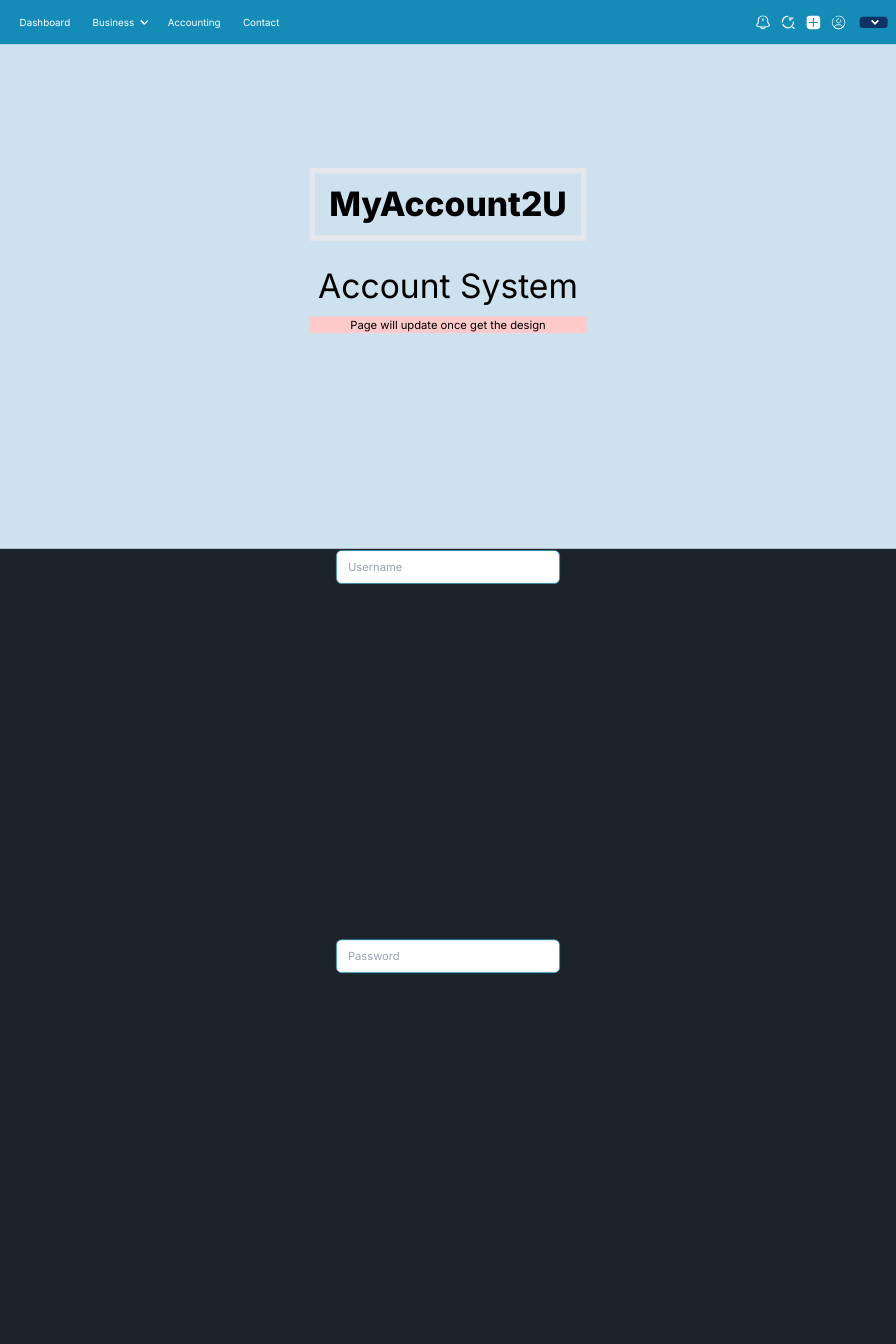
Repository: khairul35/homa-FE
Page: /login
The author's editor kept a copy of each file at every save. The page is drawn from the files as they stood at one save, then again after the next save.
The browser window is 1280 px wide. The pictures show the part of the page from y = 0 to 1920 px (the page is 2828 px tall before and 784 px after), at 70% of full size.
The project was rebuilt for these pictures with package versions that can differ from the ones it lists, and the page was loaded fresh each time. The framework's server and built-in components were replaced by stand-ins that run in the browser. Also part of the build but not shown: next.config.js.

Above is the page before, as saved 2023-12-26 22:06:28.

### app/layout.tsx
import type { Metadata } from 'next'
import { Inter } from 'next/font/google'
import Header from './components/layout/Header';
import './globals.css'

const inter = Inter({ subsets: ['latin'] })

export const metadata: Metadata = {
  title: 'MyAccount2U',
  description: 'Accounting System',
}

export default function RootLayout({
  children,
}: {
  children: React.ReactNode
}) {
  return (
    <html lang="en">
      <body className={inter.className}>
        <div className='flex flex-col h-screen'>
          <Header />
          {children}
        </div>
      </body>
    </html>
  )
}

### app/login/page.tsx
'use client';
import { useState } from "react";
import authApi from '@/api/auth';
import { useRouter } from 'next/navigation';

const Login = () => {
    const router = useRouter();
    const [username, setUsername] = useState('');
    const [password, setPassword] = useState('');
    const [error, setError] = useState('');

    if (localStorage.getItem('isLogin') == 'true') {
        router.push('/dashboard');
    }

    const login = async () => {
        /** validate credential of user */
        if (!username && !password) {
            setError('Username and Password is required');
            return;
        } else if (username.length <= 0 && password.length <= 0) {
            setError('Username and Password is required');
            return;
        } else if (username.length <= 0) {
            setError('Username is required');
            return;
        } else if (password.length <= 0) {
            setError('Password is required');
            return;
        } else {
            setError('');
        }

        /** call request to API */
        await authApi.login(username, password)
            .then(({ data }) => {
                localStorage.setItem('accessToken', data.accessToken);
                localStorage.setItem('refreshToken', data.refreshToken);
                localStorage.setItem('isLogin', 'true');
                router.push('/dashboard');
            })
            .catch((err) => {
                setError(err.message || 'Issues with Log In your account, Please contact customer support!')
            });
    };

    const LoginError = (props: any) => {
        return (
            <div className="alert alert-error">
                <svg xmlns="http://www.w3.org/2000/svg" className="stroke-current shrink-0 h-6 w-6" fill="none" viewBox="0 0 24 24"><path strokeLinecap="round" strokeLinejoin="round" strokeWidth="2" d="M10 14l2-2m0 0l2-2m-2 2l-2-2m2 2l2 2m7-2a9 9 0 11-18 0 9 9 0 0118 0z" /></svg>
                <span>{error}</span>
            </div>
        )
    }

    return (
        <main className="flex min-h-screen flex-col items-center justify-between p-24 bg-bg-color">
            <div>
                <div>
                <h1 className="text-5xl font-extrabold border-8 p-5 text-center items-center mb-10 mt-20">MyAccount2U</h1>
                </div>
                <h1 className="text-5xl text-center items-center">Account System</h1>
                <p className="text-center items-center bg-red-200 mt-5">Page will update once get the design</p>
                <div className="flex items-center justify-center h-full pt-20">
                    <input
                        type="text"
                        placeholder="Username"
                        className="input input-bordered input-primary w-full max-w-xs bg-white"
                        onChange={(e) => setUsername(e.target.value)}
                    />
                </div>
                <div className="flex items-center justify-center h-full pt-4">
                    <input
                        type="password"
                        placeholder="Password"
                        className="input input-bordered input-primary w-full max-w-xs bg-white"
                        onChange={(e) => setPassword(e.target.value)}
                    />
                </div>
                <div className="flex items-center justify-center h-full pt-4">
                    <button
                        className="btn btn-primary w-full max-w-xs"
                        onClick={login}
                    >
                        Login
                    </button>
                </div>
                <div className="flex items-center justify-center h-full pt-4">
                    {error && <LoginError />}
                </div>
            </div>
        </main>
    )
};

export default Login;

### app/components/layout/Header.tsx
'use client';

import Link from "next/link";
import BusinessMenu from "./header/BusinessMenu";
import CompanyMenu from "./header/CompanyMenu";
import OrganizationRepository from '@/api/organization';
import { useState, useEffect } from "react";
import { Organization } from "./props";

const Header = () => {
    const [organization, setOrganization] = useState<Partial<Organization>>({});
    const [organizations, setOrganizations] = useState<Organization[]>([]);

    const findMyOrganization = async () => {
        const { data } = await OrganizationRepository.findMyOrganization();
        setOrganization(data);
    };

    const findMyOrganizations = async () => {
        const { data } = await OrganizationRepository.findMyOrganizations();
        setOrganizations(data);
    };

    useEffect(() => {
        if (localStorage.getItem('isLogin') == 'true') {
            findMyOrganization();
            findMyOrganizations();
        }
    }, []);

    return (
        <div
            className="navbar border-b shadow-black-200"
            style={{ backgroundColor: "#158BB8", color: "#fff" }}
        >
            <div className="navbar-start">
                <div className="dropdown">
                    <label tabIndex={0} className="btn -btn-ghost lg:hidden">
                        <svg
                            xmlns="http:www.w3.org/2000/svg"
                            className="h-5 2-5"
                            fill="none"
                            viewBox="0 0 24 24"
                            stroke="currentColor"
                        >
                            <path
                                strokeLinecap="round"
                                strokeLinejoin="round"
                                strokeWidth="2"
                                d="M4 6h16M4 12h8m-8 6h16"
                            />
                        </svg>
                    </label>
                    <ul
                        tabIndex={0}
                        className="menu menu-sm dropdown-content mt-3 z-[1] p-2 shadow bg-base-100 rounded-box w-52">
                        <li>
                            <Link href="/dashboard">Dashboard</Link>
                        </li>
                        <li>
                            <a>Parent</a>
                            <ul className="p-2">
                                <li><a>Submenu 1</a></li>
                                <li><a>Submenu 2</a></li>
                            </ul>
                        </li>
                        <li>
                            <a>Item 3</a>
                        </li>
                    </ul>
                </div>
                <div className="navbar-center hidden lg:flex">
                    <ul className="menu menu-horizontal px-1">
                        <li>
                            <Link href="/dashboard">Dashboard</Link>
                        </li>
                        <li tabIndex={0} style={{ zIndex: 2 }}>
                            <details>
                                <summary>Business</summary>
                                <BusinessMenu />
                            </details>
                        </li>
                        <li>
                            <Link href="/accounting">Accounting</Link>
                        </li>
                        <li><a>Contact</a></li>
                    </ul>
                </div>
            </div>
            <div className="navbar-end">
                <a className="mr-4">
                    <svg xmlns="http://www.w3.org/2000/svg" width="20" height="20" viewBox="0 0 33 34" fill="none">
                        <path d="M16.497 14.3524C15.7961 14.3524 15.2148 13.8266 15.2148 13.1925V8.04214C15.2148 7.40801 15.7961 6.88214 16.497 6.88214C17.1978 6.88214 17.7791 7.40801 17.7791 8.04214V13.1925C17.7791 13.8421 17.1978 14.3524 16.497 14.3524Z" fill="white"/>
                        <path d="M16.5295 29.5566C12.119 29.5566 7.72562 28.9225 3.53739 27.6542C1.98177 27.1902 0.802227 26.1849 0.289383 24.9167C-0.223461 23.6484 -0.0525134 22.1945 0.785132 20.9263L2.95617 17.6473C3.43483 16.9204 3.86219 15.5594 3.86219 14.7087V11.4608C3.86219 5.13491 9.53767 0 16.5295 0C23.5213 0 29.1967 5.13491 29.1967 11.4608V14.7087C29.1967 15.5439 29.6241 16.9204 30.1028 17.6473L32.2738 20.9263C33.0773 22.1327 33.214 23.5711 32.6841 24.8857C32.1541 26.2004 30.9917 27.2057 29.5215 27.6542C25.3333 28.938 20.9399 29.5566 16.5295 29.5566ZM16.5295 2.33546C10.9565 2.33546 6.42641 6.43411 6.42641 11.4762V14.7242C6.42641 15.977 5.87938 17.7865 5.1614 18.8537L2.99036 22.1481C2.5459 22.8132 2.44333 23.5247 2.69975 24.1433C2.95617 24.762 3.53739 25.226 4.35794 25.4734C12.2215 27.8398 20.8716 27.8398 28.7352 25.4734C29.4703 25.2569 30.0344 24.762 30.2908 24.1124C30.5643 23.4628 30.4788 22.7513 30.0857 22.1481L27.9146 18.8692C27.1966 17.802 26.6496 15.9924 26.6496 14.7396V11.4917C26.6325 6.43411 22.1024 2.33546 16.5295 2.33546Z" fill="white"/>
                        <path d="M16.4942 33.5C14.665 33.5 12.8701 32.8195 11.5709 31.644C10.2717 30.4686 9.51953 28.8446 9.51953 27.1896H12.0838C12.0838 28.2414 12.5624 29.2622 13.3829 30.0046C14.2035 30.747 15.3317 31.18 16.4942 31.18C18.9216 31.18 20.9046 29.3859 20.9046 27.1896H23.4689C23.4689 30.6696 20.3405 33.5 16.4942 33.5Z" fill="white"/>
                    </svg>
                </a>
                <a className="mr-4">
                    <svg xmlns="http://www.w3.org/2000/svg" width="20" height="20" viewBox="0 0 34 36" fill="none">
                        <path d="M2 16.9625C2 8.69375 8.375 2 16.25 2" stroke="white" strokeWidth="3.17336" strokeLinecap="round" strokeLinejoin="round"/>
                        <path d="M30.502 16.9625C30.502 25.2312 24.127 31.925 16.252 31.925C10.642 31.925 5.78203 28.523 3.45703 23.5617" stroke="white" strokeWidth="3.17336" strokeLinecap="round" strokeLinejoin="round"/>
                        <path d="M20 6.72504H29" stroke="white" strokeWidth="3.17336" strokeLinecap="round" strokeLinejoin="round"/>
                        <path d="M20 11.45H24.5" stroke="white" strokeWidth="3.17336" strokeLinecap="round" strokeLinejoin="round"/>
                        <path d="M32 33.5L29 30.35" stroke="white" strokeWidth="3.17336" strokeLinecap="round" strokeLinejoin="round"/>
                    </svg>
                </a>
                <a className="mr-4">
                    <svg xmlns="http://www.w3.org/2000/svg" width="20" height="20" viewBox="0 0 34 34" fill="none">
                        <path d="M24.135 0H9.88192C3.69084 0 0 3.689 0 9.877V24.106C0 30.311 3.69084 34 9.88192 34H24.118C30.3091 34 33.9999 30.311 33.9999 24.123V9.877C34.0169 3.689 30.3261 0 24.135 0ZM27.2136 18.275H18.2841V27.2C18.2841 27.897 17.7058 28.475 17.0085 28.475C16.3111 28.475 15.7328 27.897 15.7328 27.2V18.275H6.80339C6.10604 18.275 5.52775 17.697 5.52775 17C5.52775 16.303 6.10604 15.725 6.80339 15.725H15.7328V6.8C15.7328 6.103 16.3111 5.525 17.0085 5.525C17.7058 5.525 18.2841 6.103 18.2841 6.8V15.725H27.2136C27.9109 15.725 28.4892 16.303 28.4892 17C28.4892 17.697 27.9109 18.275 27.2136 18.275Z" fill="white"/>
                    </svg>
                </a>
                <a className="mr-4">
                    <svg xmlns="http://www.w3.org/2000/svg" width="20" height="20" viewBox="0 0 49 50" fill="none">
                        <path d="M31.1171 15.8919C31.6121 16.9039 31.9046 18.0539 31.9046 19.2729C31.8821 23.3439 28.7546 26.6789 24.7946 26.7939C24.6371 26.7709 24.4346 26.7709 24.2546 26.7939C20.2946 26.6559 17.1445 23.3439 17.1445 19.2729C17.1445 15.1099 20.4296 11.7289 24.5246 11.7289" stroke="white" strokeWidth="3" strokeLinecap="round" strokeLinejoin="round"/>
                        <path d="M39.666 41.974C35.661 45.7229 30.351 47.9999 24.501 47.9999C18.6509 47.9999 13.3409 45.7229 9.33594 41.974C9.56094 39.812 10.9109 37.696 13.3184 36.04C19.4834 31.854 29.5635 31.854 35.6835 36.04C38.091 37.696 39.441 39.812 39.666 41.974Z" stroke="white" strokeWidth="3" strokeLinecap="round" strokeLinejoin="round"/>
                        <path d="M6.5 11.2C3.6875 15.0409 2 19.8249 2 24.9999C2 37.6958 12.08 47.9998 24.5 47.9998C36.92 47.9998 47 37.6958 47 24.9999C47 12.3039 36.92 2 24.5 2C21.2825 2 18.2 2.69 15.4325 3.95499" stroke="white" strokeWidth="3" strokeLinecap="round" strokeLinejoin="round"/>
                    </svg>
                </a>
                    <ul className="menu menu-horizontal px-1">
                        <li tabIndex={0} style={{ borderRadius: '5px', background: '#0E3265', zIndex: 2 }}>
                            <details>
                                <summary>
                                    {organization.name}
                                </summary>
                                <CompanyMenu />
                            </details>
                        </li>
                    </ul>
            </div>
        </div>
    )
};

export default Header;

### api/auth.ts
import repository from "./repository";

const resource = "/api/auth";

const api = {
    login(username: string, password: string) {
        return repository.post(
            `${resource}/login`,
            { username, password },
        );
    },
    refreshToken() {
        return repository.post(
            `${resource}/refreshToken`,
            { refreshToken: localStorage.getItem('refreshToken') },
        );
    },
    logout() {
        return repository.post(`${resource}/logout`);
    },
    logoutAllDevice() {
        return repository.post(`${resource}/logout/all-device`);
    },
};

export default api;

### app/components/layout/header/BusinessMenu.tsx
'use client';

const BusinessMenu = () => {
    return (
        <>
            <ul className="p-2 bg-white" style={{ color: "#000", width: "250px" }}>
                <li>
                    <a>
                        <svg xmlns="http://www.w3.org/2000/svg" width="20" height="20" viewBox="0 0 46 46" fill="none">
                            <path d="M3 3V43" stroke="#0E3265" strokeWidth="5" strokeLinecap="round" strokeLinejoin="round"/>
                            <path d="M43 43H3" stroke="#0E3265" strokeWidth="5" strokeLinecap="round" strokeLinejoin="round"/>
                            <path d="M11.8888 31.8889L23.5555 20.2222L31.3332 28L42.9999 16.3333" stroke="#0E3265" strokeWidth="5" strokeLinecap="round" strokeLinejoin="round"/>
                        </svg>
                        Analytics
                    </a>
                </li>
                <li>
                    <a>Short-term cash flow</a>
                </li>
                <li>
                    <a>Business snapshot</a>
                </li>
                <div className="divider before:bg-black after:bg-black"></div>
                <li>
                    <a>Invoices</a>
                </li>
                <li>
                    <a>Quotes</a>
                </li>
                <li>
                    <a>Quotes</a>
                </li>
                <li>
                    <a>Sales overview</a>
                </li>
                <div className="divider before:bg-black after:bg-black"></div>
                <li>
                    <a>Bills to pay</a>
                </li>
                <li>
                    <a>Purchase orders</a>
                </li>
                <li>
                    <a>Purchase overview</a>
                </li>
                <div className="divider before:bg-black after:bg-black"></div>
                <li>
                    <a>Expense claims</a>
                </li>
                <li>
                    <a>Produts and services</a>
                </li>
                <li>
                    <a>Pay run</a>
                </li>
                <li>
                    <a>Cheques</a>
                </li>
            </ul>
        </>
    )
}

export default BusinessMenu;

### api/organization/index.ts
import repository from "../repository";
import { CreateOrganizationProps, UpdateOrganizationProps } from "./props";

const resource = '/api/organization';

const api = {
    findMyOrganization() {
        return repository.get(`${resource}/me`);
    },
    findMyOrganizations() {
        return repository.get(`${resource}/me/all`);
    },
    createOrganization(body: CreateOrganizationProps) {
        return repository.post(`${resource}`, body);
    },
    updateOrganization(body: UpdateOrganizationProps) {
        return repository.put(`${resource}`, body);
    },
    updateCurrentOrganization(organizationId: number) {
        return repository.put(`${resource}/current-organization/${organizationId}`);
    },
};

export default api;

### api/repository.ts
import axios from 'axios';
import AuthRepository from './auth';

const repository = axios.create({
    baseURL: 'http://localhost:3000',
});

// Request interceptor to add Bearer token to outgoing requests
repository.interceptors.request.use(
    (config) => {
        const accessToken = localStorage.getItem('accessToken');
        if (accessToken) {
            config.headers.Authorization = `Bearer ${accessToken}`;
        }
        return config;
    },
    (error) => {
        return Promise.reject(error);
    }
);

let isRefreshing = false;
let failedQueue: any = [];

// Function to refresh the session and retry failed requests
async function retryFailedRequests(error: any) {
    if (isRefreshing) {
        try {
            const { data } = await AuthRepository.refreshToken();
            localStorage.setItem('accessToken', data.accessToken);
            localStorage.setItem('refreshToken', data.refreshToken);
            localStorage.setItem('isLogin', 'true');
            failedQueue.forEach((prom: any) => {
                prom.resolve(repository(prom.originalRequest));
            });
            failedQueue = [];
        } catch (error) {
            localStorage.setItem('isLogin', 'false');
            window.location.href = '/login';
            failedQueue.forEach((prom: any) => {
                prom.reject(error);
            });
            failedQueue = [];
        } finally {
            console.log('test')
            isRefreshing = false;
        }
    }
}

// Response interceptor to handle failed requests due to expired tokens
repository.interceptors.response.use(
    (response) => response,
    async (error) => {
        const {
            config,
            response: { status },
        } = error;

        if (status === 401) {
            const originalRequest = config;
            if (!isRefreshing) {
                isRefreshing = true;
                return new Promise((resolve, reject) => {
                    failedQueue.push({ resolve, reject, originalRequest });
                    retryFailedRequests(error);
                }).then((res) => {
                    return res;
                }).catch((err) => {
                    return Promise.reject(err);
                });
            } else {
                return new Promise((resolve, reject) => {
                    failedQueue.push({ resolve, reject, originalRequest });
                }).then((res) => {
                    return res;
                }).catch((err) => {
                    return Promise.reject(err);
                });
            }
        }
        return Promise.reject(error.response);
    }
);

export default repository;

### tailwind.config.ts
import type { Config } from 'tailwindcss'

const config: Config = {
  content: [
    './pages/**/*.{js,ts,jsx,tsx,mdx}',
    './components/**/*.{js,ts,jsx,tsx,mdx}',
    './app/**/*.{js,ts,jsx,tsx,mdx}',
  ],
  theme: {
    extend: {
      backgroundImage: {
        'gradient-radial': 'radial-gradient(var(--tw-gradient-stops))',
        'gradient-conic':
          'conic-gradient(from 180deg at 50% 50%, var(--tw-gradient-stops))',
      },
      backgroundColor: {
        'bg-color': '#CEE1EE', // Define a custom background color class
      },
      button: {
        'primary': '#158BB8',
      },
      fontWeight: {
        'label': '600',
      },
    },
  },
  plugins: [require("daisyui")],
  daisyui: {
    themes: [
      {
        mytheme: {
          "primary": "#158BB8",
          "secondary": "#d926a9",
          "accent": "#1fb2a6",
          "neutral": "#2a323c",
          "base-100": "#1d232a",
          "info": "#3abff8",
          "success": "#36d399",
          "warning": "#fbbd23",
          "error": "#f87272",
        },
      },
    ],
  },
}
export default config

Loaded but not shown: app/globals.css (common file); app/components/layout/header/CompanyMenu.tsx (121 lines, source omitted)

After the next save:
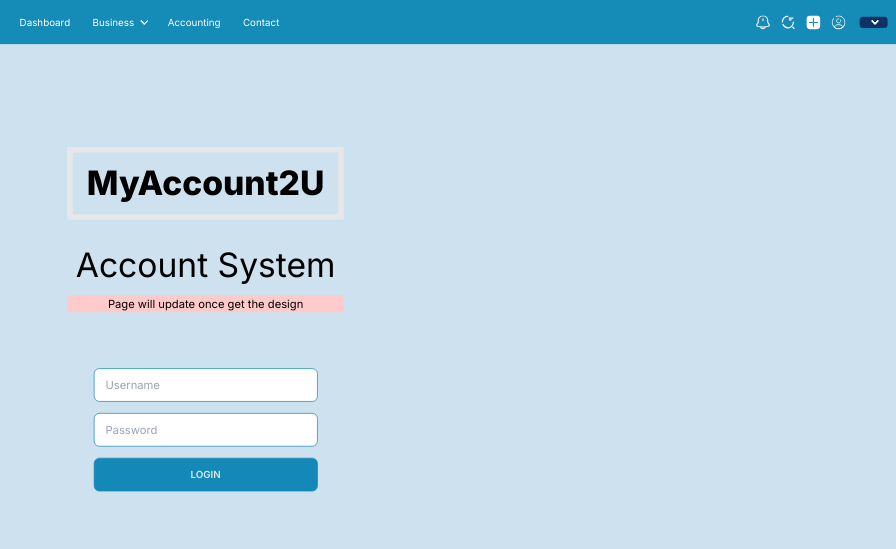
Saved 77 s later.
--- a/app/login/page.tsx
+++ b/app/login/page.tsx
@@ -54,7 +54,7 @@ const Login = () => {
     }
 
     return (
-        <main className="flex min-h-screen flex-col items-center justify-between p-24 bg-bg-color">
+        <main className="flex min-h-screen items-center justify-between p-24 bg-bg-color">
             <div>
                 <div>
                 <h1 className="text-5xl font-extrabold border-8 p-5 text-center items-center mb-10 mt-20">MyAccount2U</h1>
